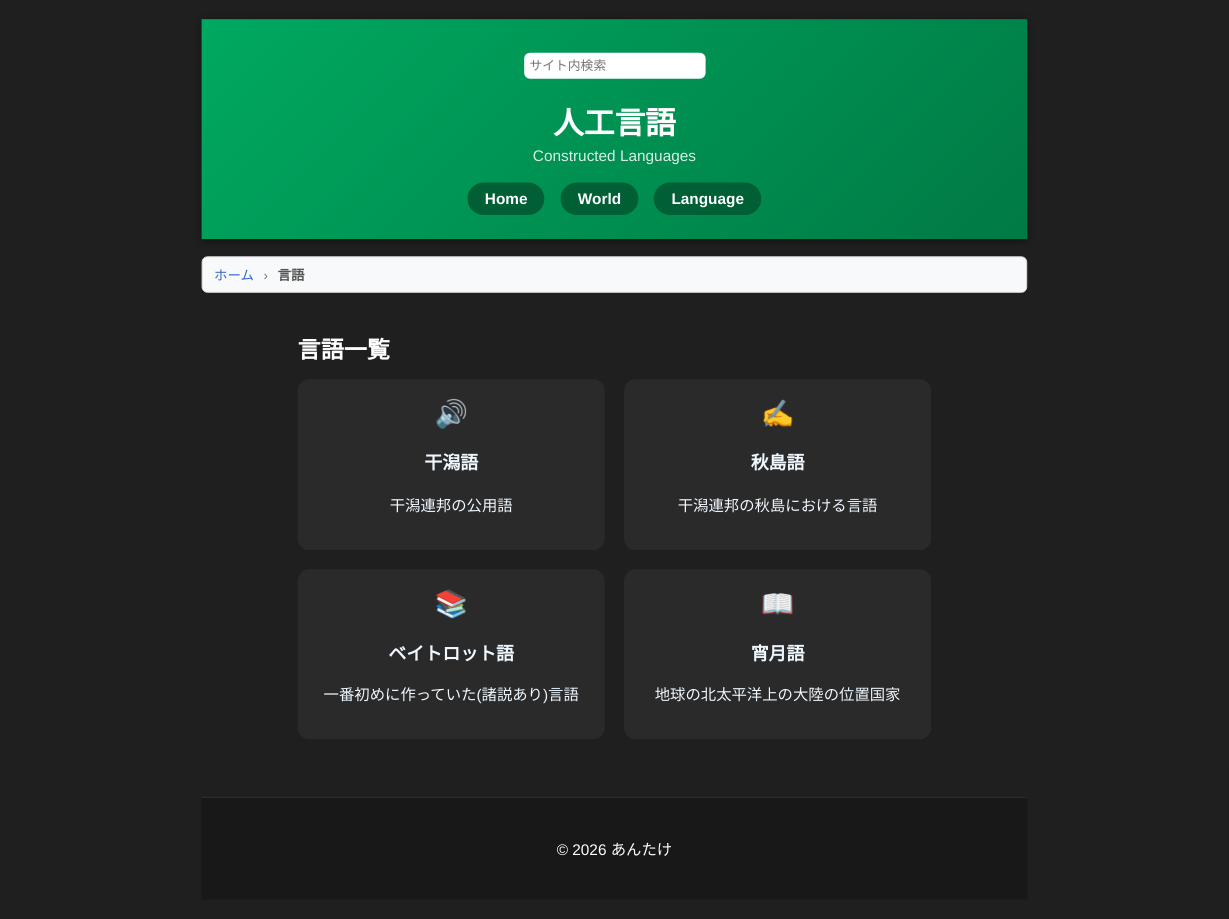
Repository: Player5270-antake/Player5270-antake.github.io
Page: language/index.html
These files come from the project's save history. The page is drawn as it stood at one moment and after the next save; the edit follows.
The browser window is 1280 px wide. The pictures show the whole page, at 96% of full size.

Above is the page before, as saved 2026-03-09 09:03:03.

### language/index.html
<!DOCTYPE html>
<html lang="ja">
<head>
    <meta charset="UTF-8">
    <meta name="viewport" content="width=device-width, initial-scale=1.0">
    <title>人工言語 | あんたけのガレージセンター</title>
    <link rel="stylesheet" href="../css/base.css">
    <link rel="stylesheet" href="../css/layout.css">
    <link rel="stylesheet" href="../css/header.css">
    <link rel="stylesheet" href="../css/mainpage.css">
</head>

<body>
    <div class="container">
        <header>
            <div class="search-box">
                <input type="text" id="searchInput" placeholder="サイト内検索">
                <div id="searchResults"></div>
            </div>
            <h1>人工言語</h1>
            <p>Constructed Languages</p>
            <nav class="header-nav">
                <a href="../">Home</a>
                <a href="../world/">World</a>
                <a href="index.html">Language</a>
            </nav>
        </header>
        <nav class="breadcrumb">
            <a href="../">ホーム</a>
            <span class="sep">›</span>
            <span class="current">言語</span>
        </nav>
        <main>
            <h2>言語一覧</h2>
            <div class="cards">
            <a href="hagalen/" class="card">
                <div class="card-icon">🔊</div>
                <h3>干潟語</h3>
                <p>干潟連邦の公用語</p>
            </a>
            <a href="akshalen/" class="card">
                <div class="card-icon">✍️</div>
                <h3>秋島語</h3>
                <p>干潟連邦の秋島における言語</p>
            </a>
            <a href="beytrotten/" class="card">
                <div class="card-icon">📚</div>
                <h3>ベイトロット語</h3>
                <p>一番初めに作っていた(諸説あり)言語</p>
            </a>
            <a href="yoizkel/" class="card">
                <div class="card-icon">📖</div>
                <h3>宵月語</h3>
                <p>地球の北太平洋上の大陸の位置国家</p>
            </a>
        </div>
        </main>
        <footer>
            <p>© 2026 あんたけ</p>
        </footer>
    </div>
    <script src="../javascript/main.js" defer></script>
    <script src="../javascript/search-data.js"></script>
    <script src="../javascript/search.js"></script>
</body>
</html>

### css/base.css
/* リセット・基本 */
*{
    box-sizing:border-box;
}

body{
    background-color:#1f1f1f;
    color:white;
    font-family:'Helvetica Neue','Helvetica','Arial',sans-serif;
    margin:0;
}

html{
    scroll-behavior:smooth;
}

.container{
    max-width:900px;
    margin:0 auto;
    padding:20px;
}

/* 見出し */
h2{
    margin-bottom:10px;
}

/* セクション */
section{
    margin-bottom:30px;
}

/*検索ボックス*/
.search-box{
    position:relative;
    margin-top:10px;
}

#searchInput{
    padding:6px;
    border-radius:6px;
    border:none;
}

#searchResults{
    position:absolute;
    background:#2a2a2a;
    width:200px;
    border-radius:6px;
    margin-top:4px;
}

#searchResults div{
    padding:6px;
}

#searchResults a{
    color:white;
    text-decoration:none;
}

/*スマホ対応*/
@media (max-width: 600px){

    header{
        padding:15px 10px;
    }

    header h1{
        font-size:22px;
    }

    .tagline{
        font-size:12px;
    }

    .header-nav a{
        display:block;
        margin:8px auto;
        width:120px;
    }

    main{
        padding:15px;
    }

    .breadcrumb{
        font-size:12px;
        padding:8px;
    }

    }

### css/layout.css
/* メイン */
main{
    padding:20px;
    margin-top:20px;
    max-width:700px;
    margin:auto;
}

/* フッター */
footer{
    margin-top:40px;
    padding:25px;
    text-align:center;
    background:#181818;
    border-top:1px solid #333;
}

.footer-nav{
    margin-top:10px;
}

.footer-nav a{
    text-decoration:none;
    color:#aaa;
    margin:0 10px;
}

.footer-nav a:hover{
    color:white;
}

/* スクロールバー */
.progress-bar{
    position:fixed;
    top:0;
    left:0;
    width:100%;
    height:4px;
    background:#2a2a2a;
    z-index:2000;
}

.progress{
    height:100%;
    width:0%;
    background:#4a90e2;
    transition:width 0.1s;
}

/*パンくずリスト*/
.breadcrumb {
    font-size: 14px;
    padding: 8px 12px;
    background: #f8f9fa;
    border: 1px solid #ddd;
    border-radius: 6px;
}

.breadcrumb a {
    text-decoration: none;
    color: #3366cc;
}

.breadcrumb a:hover {
    text-decoration: underline;
}

.breadcrumb .sep {
    margin: 0 6px;
    color: #777;
}

.breadcrumb .current {
    color: #555;
    font-weight: bold;
}

### css/header.css
header{
    background:linear-gradient(135deg,#00a960,#007a45);
    padding:25px;
    text-align:center;
    z-index:1000;
    box-shadow:0 2px 8px rgba(0,0,0,0.4);
}

header h1{
    margin-bottom:5px;
    font-size:32px;
}

header p{
    margin-top:0;
    opacity:0.85;
}

/* ナビ */
nav{
    margin-top:18px;
}

.header-nav a{
    text-decoration:none;
    color:white;
    background-color:#005f34;
    padding:8px 18px;
    margin:0 6px;
    border-radius:20px;
    font-weight:bold;
    display:inline-block;
}

.header-nav a:hover{
    background-color:#004d2b;
    transform:translateY(-2px);
}

### css/mainpage.css
/* ヘッダー追従 */
header{
    position:sticky;
    top:0;
}

/* お知らせ */
.news-list{
    list-style:none;
    padding:0;
    margin-top:10px;
}

.news-list li{
    background:#2a2a2a;
    padding:12px 15px;
    border-radius:8px;
    margin-bottom:10px;
}

/* カードUI */
.cards{
    display:grid;
    grid-template-columns:repeat(auto-fit,minmax(250px,1fr));
    gap:20px;
    margin-top:15px;
}

.card{
    display:block;
    background:#2a2a2a;
    padding:20px;
    border-radius:12px;
    text-decoration:none;
    color:aliceblue;
    transition:transform 0.2s, background 0.2s;
    text-align:center;
}

.card:hover{
    background:#333;
    transform:translateY(-3px);
    box-shadow:0 6px 18px rgba(0,0,0,0.4);
}

.card-icon{
    font-size:28px;
    margin-bottom:8px;
}

### javascript/search-data.js
const searchData = [
    {
    title:"干潟語",
    url:"/language/hagalen/",
    category:"language"
    },

    {
    title:"干潟連邦",
    url:"/world/hagal_byuje/",
    category:"world"
    }
];

### javascript/search.js
const input = document.getElementById("searchInput");
const results = document.getElementById("searchResults");

input.addEventListener("input", () => {

const keyword = input.value.toLowerCase();
results.innerHTML = "";

if(keyword.length === 0) return;

const filtered = searchData.filter(item =>
item.title.toLowerCase().includes(keyword)
);

filtered.forEach(item => {

const div = document.createElement("div");

div.innerHTML =
`<a href="${item.url}">${item.title}</a>`;

results.appendChild(div);

});

});

### javascript/main.js
const sections = document.querySelectorAll("section");

const observer = new IntersectionObserver(entries => {

entries.forEach(entry => {

if(entry.isIntersecting){

const id = entry.target.getAttribute("id");

highlightToc(id);

}

});

},{
rootMargin: "-40% 0px -55% 0px"
});

sections.forEach(section=>{
observer.observe(section);
});

After the next save:
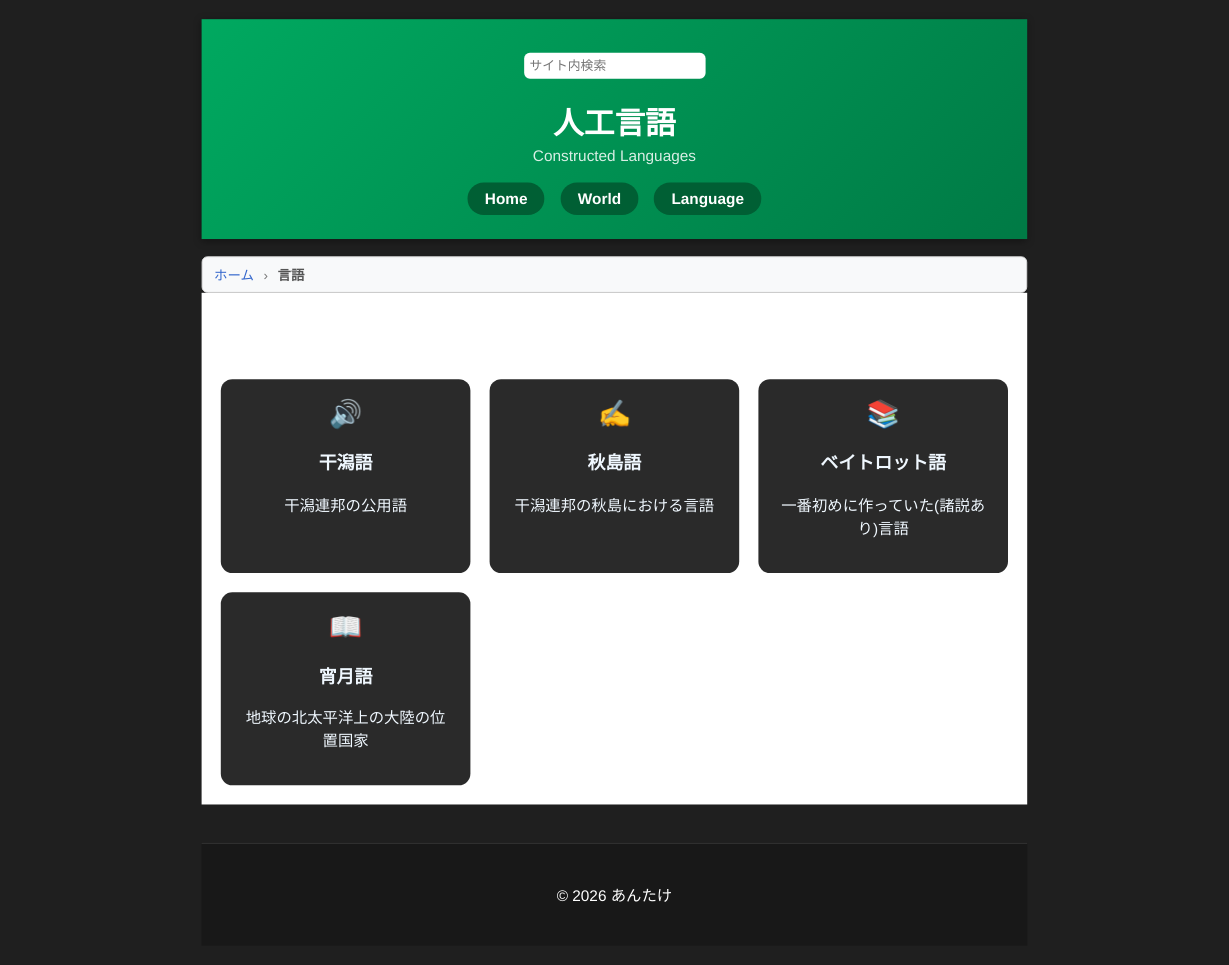
Saved 112 s later.
--- a/css/layout.css
+++ b/css/layout.css
@@ -1,9 +1,9 @@
 /* メイン */
 main{
+    max-width:900px;
+    margin:auto;
     padding:20px;
-    margin-top:20px;
-    max-width:700px;
-    margin:auto;
+    background:white;
 }
 
 /* フッター */
